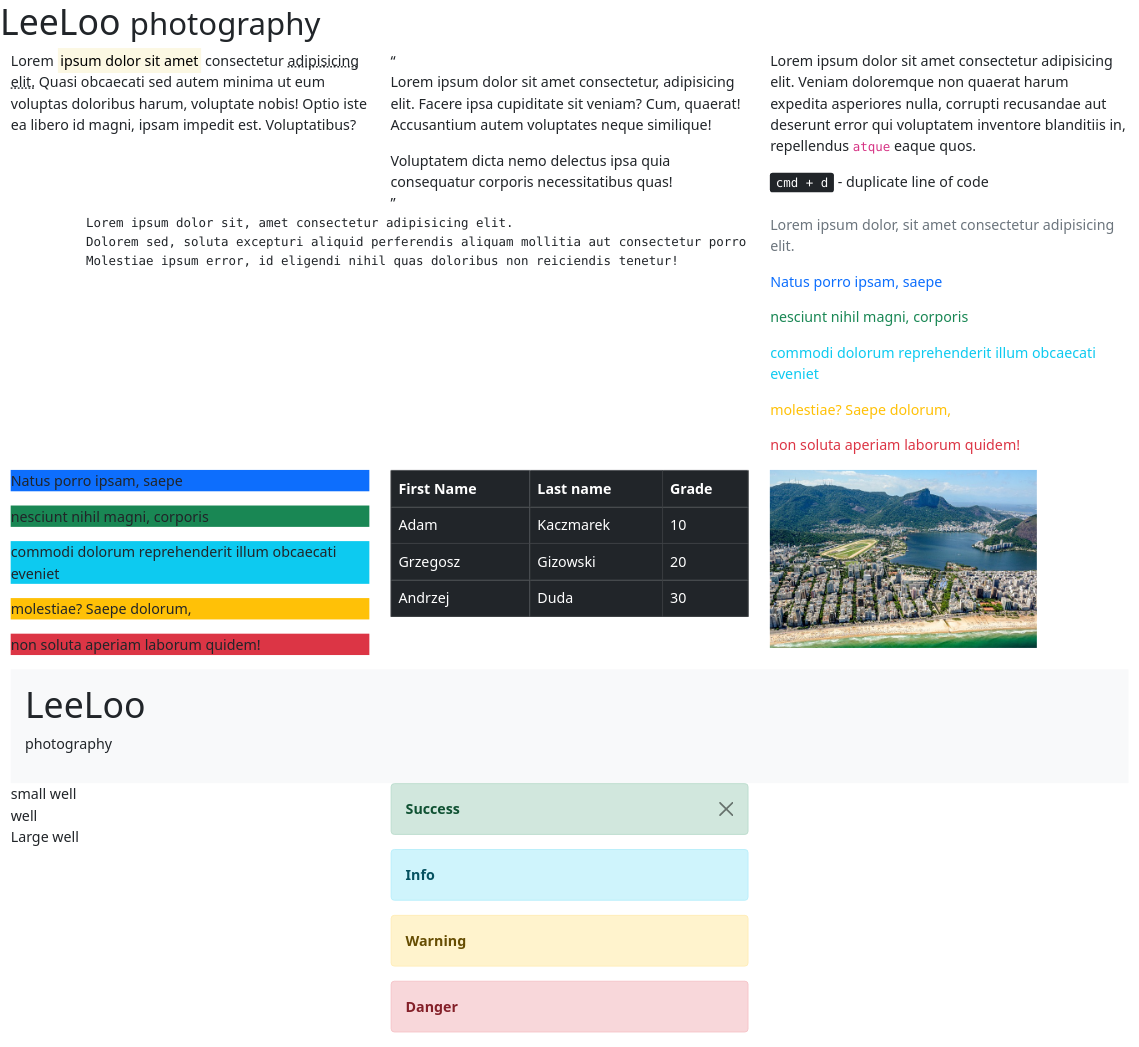
Repository: Zyzik-33/bootstrap-test
Page: index.html
These files come from the project's save history. The page is drawn as it stood at one moment and after the next save; the edit follows.
The browser window is 1280 px wide. The pictures show the whole page, at 89% of full size.

Above is the page before, as saved 2021-01-27 20:48:33.

### index.html
<!DOCTYPE html>
<html lang="en">
<head>
  <title>LeeLoo</title>
  <meta charset="UTF-8">
  <meta name="viewport" content="width=device-width, initial-scale=1.0">
  <link href="https://cdn.jsdelivr.net/npm/bootstrap@5.0.0-beta1/dist/css/bootstrap.min.css" rel="stylesheet" integrity="sha384-giJF6kkoqNQ00vy+HMDP7azOuL0xtbfIcaT9wjKHr8RbDVddVHyTfAAsrekwKmP1" crossorigin="anonymous">
  <script src="https://ajax.googleapis.com/ajax/libs/jquery/3.5.1/jquery.min.js"></script>
  <script src="https://cdn.jsdelivr.net/npm/bootstrap@5.0.0-beta1/dist/js/bootstrap.bundle.min.js" integrity="sha384-ygbV9kiqUc6oa4msXn9868pTtWMgiQaeYH7/t7LECLbyPA2x65Kgf80OJFdroafW" crossorigin="anonymous"></script>
</head>
<body>
  <h1>LeeLoo <small>photography</small> </h1>
  <div class="container-fluid">

    <div class="row">
      <div class="col-lg-4">Lorem <mark>ipsum dolor sit amet</mark> consectetur <abbr title="Explanation">adipisicing elit.</abbr> Quasi obcaecati sed autem minima ut eum voluptas doloribus harum, voluptate nobis! Optio iste ea libero id magni, ipsam impedit est. Voluptatibus?</div>
      <div class="col-lg-4">
        <q cite="http://developer.mozilla.org">
          <p>
            Lorem ipsum dolor sit amet consectetur, adipisicing elit. Facere ipsa cupiditate sit veniam? Cum, quaerat!
             Accusantium autem voluptates neque similique!
          </p>
          <footer>
            Voluptatem dicta nemo delectus ipsa quia consequatur corporis necessitatibus quas!
          </footer>
        </q>
      </div>
      <div class="col-lg-4">
        <blockquote class="blockquote-reverse">
          <p>
            Lorem ipsum dolor sit amet consectetur adipisicing elit.
            Veniam doloremque non quaerat harum expedita asperiores nulla,
            corrupti recusandae aut deserunt error qui voluptatem inventore
            blanditiis in, repellendus <code>atque</code> eaque quos.
          </p>
          <footer><kbd>cmd + d</kbd> - duplicate line of code</footer>
        </blockquote>
      </div>
    </div>
    <div class="row">
      <div class="col-lg-8">
        <pre>
          Lorem ipsum dolor sit, amet consectetur adipisicing elit.
          Dolorem sed, soluta excepturi aliquid perferendis aliquam mollitia aut consectetur porro.
          Molestiae ipsum error, id eligendi nihil quas doloribus non reiciendis tenetur!
        </pre>
      </div>
      <div class="col-lg-4">
       <p class="text-muted"> Lorem ipsum dolor, sit amet consectetur adipisicing elit.</p>
       <p class="text-primary">Natus porro ipsam, saepe</p>
       <p class="text-success">nesciunt nihil magni, corporis</p>
       <p class="text-info">commodi dolorum reprehenderit illum obcaecati eveniet</p>
       <p class="text-warning">molestiae? Saepe dolorum,</p>
       <p class="text-danger">non soluta aperiam laborum quidem!</p>
      </div>
    </div>
    <div class="row">
      <div class="col-lg-4">
       <p class="bg-primary">Natus porro ipsam, saepe</p>
       <p class="bg-success">nesciunt nihil magni, corporis</p>
       <p class="bg-info">commodi dolorum reprehenderit illum obcaecati eveniet</p>
       <p class="bg-warning">molestiae? Saepe dolorum,</p>
       <p class="bg-danger">non soluta aperiam laborum quidem!</p>
      </div>
      <div class="col-lg-4">
        <table class="table table-hover table-dark table-bordered">
          <!-- table-striped, table-bordered, table-hover, table-dark -->
          <thead>
            <tr>
              <th scope="col">First Name</th>
              <th scope="col">Last name</th>
              <th scope="col">Grade</th>
            </tr>
          </thead>
          <tbody>
            <tr>
              <td scope="row">Adam</td>
              <td>Kaczmarek</td>
              <td>10</td>
            </tr>
            <tr>
              <td scope="row">Grzegosz</td>
              <td>Gizowski</td>
              <td>20</td>
            </tr>
            <tr>
              <td scope="row">Andrzej</td>
              <td>Duda</td>
              <td>30</td>
            </tr>
          </tbody>
        </table>
      </div>
      <div class="col-lg-4">
        <img src="./assets/images/brazil-4809010_640.jpg" width="300" alt="brazil">
      </div>
    </div>
    <div class="row">
      <div class="col-lg-12">
        <div class="bg-light p-3">
          <h1>LeeLoo</h1>
          <p>photography</p>
        </div>
      </div>
    </div>
    <div class="row">
      <div class="col-lg-4">
        <div class="well well-sm">small well</div>
        <div class="well">well</div>
        <div class="well well-lg">Large well</div>
      </div>
      <div class="col-lg-4">
        <div class="alert alert-success alert-dismissible fade show" role="alert">
          <strong>Success</strong>
          <!-- <a href="#" class="close" data-dismiss="alert">&times;</a> -->
          <button type="button" class="btn-close" data-bs-dismiss="alert" aria-label="Close"></button>
        </div>
        <div class="alert alert-info">
          <strong>Info</strong>
        </div>
        <div class="alert alert-warning">
          <strong>Warning</strong>
        </div>
        <div class="alert alert-danger">
          <strong>Danger</strong>
        </div>
      </div>
      <div class="col-lg-4"></div>
    </div>
  </div>
</body>
</html>

After the next save:
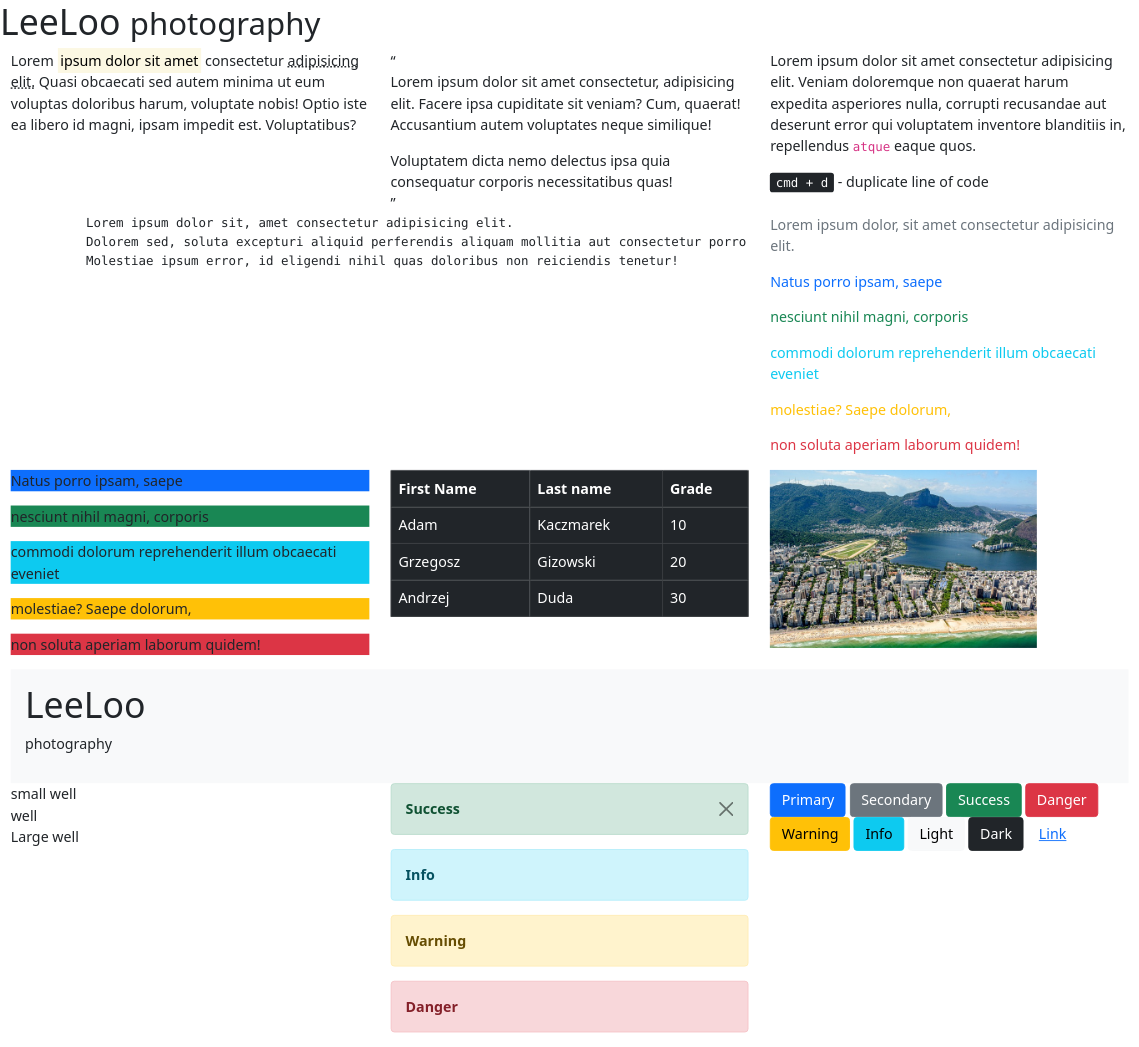
Saved 3 min 27 s later.
--- a/index.html
+++ b/index.html
@@ -125,7 +125,17 @@
           <strong>Danger</strong>
         </div>
       </div>
-      <div class="col-lg-4"></div>
+      <div class="col-lg-4">
+        <button type="button" class="btn btn-primary">Primary</button>
+        <button type="button" class="btn btn-secondary">Secondary</button>
+        <button type="button" class="btn btn-success">Success</button>
+        <button type="button" class="btn btn-danger">Danger</button>
+        <button type="button" class="btn btn-warning">Warning</button>
+        <button type="button" class="btn btn-info">Info</button>
+        <button type="button" class="btn btn-light">Light</button>
+        <button type="button" class="btn btn-dark">Dark</button>
+        <button type="button" class="btn btn-link">Link</button>
+      </div>
     </div>
   </div>
 </body>
